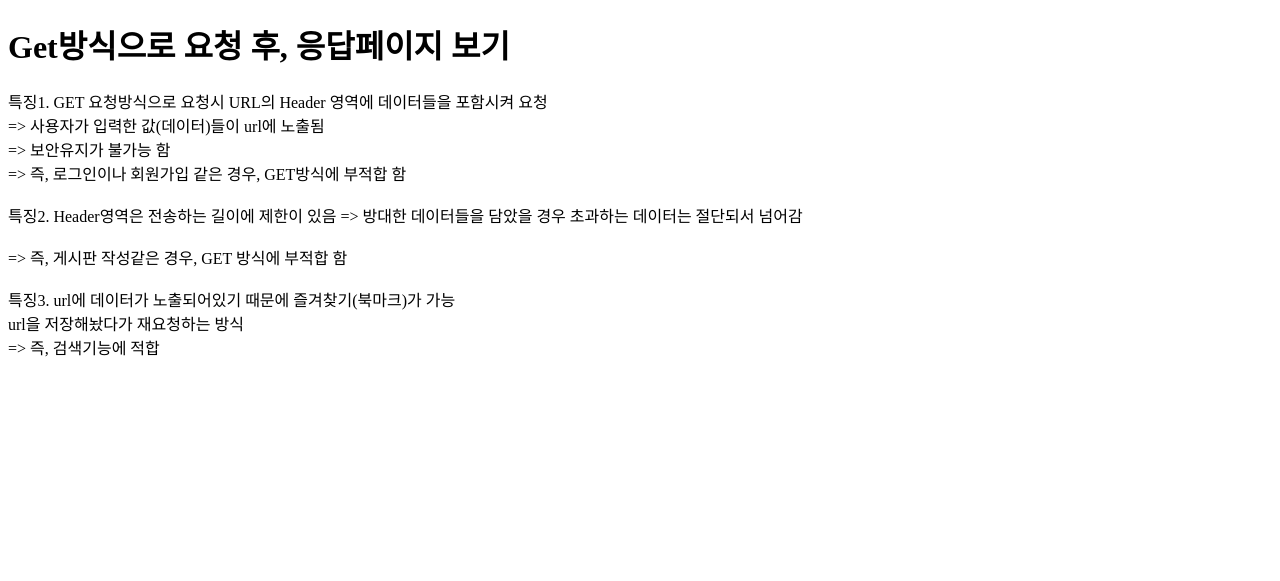
Repository: KimMJ0964/8file
Page: workspace/6_servlet/1_Servlet/src/main/webapp/views/requestTest_get.html
The author's editor kept a copy of each file at every save. The page is drawn from the files as they stood at one save, then again after the next save.
The browser window is 1280 px wide. The pictures show the whole page.

Above is the page before, as saved 2024-09-06 05:07:13.

### workspace/6_servlet/1_Servlet/src/main/webapp/views/requestTest_get.html
<!DOCTYPE html>
<html>
<head>
<meta charset="UTF-8">
<title>requestTest</title>
</head>
<body>
    <h1>Get방식으로 요청 후, 응답페이지 보기</h1>

    <p>
        특징1. GET 요청방식으로 요청시 URL의 Header 영역에 데이터들을 포함시켜 요청 <br>
            => 사용자가 입력한 값(데이터)들이 url에 노출됨 <br>
            => 보안유지가 불가능 함 <br>
            => 즉, 로그인이나 회원가입 같은 경우, GET방식에 부적합 함 <br><br>

        특징2. Header영역은 전송하는 길이에 제한이 있음
            => 방대한 데이터들을 담았을 경우 초과하는 데이터는 절단되서 넘어감 <br><br>
            => 즉, 게시판 작성같은 경우, GET 방식에 부적합 함 <br><br>

        특징3. url에 데이터가 노출되어있기 때문에 즐겨찾기(북마크)가 가능  <br>
                url을 저장해놨다가 재요청하는 방식 <br>
                => 즉, 검색기능에 적합
    </p>

    <form action="">
    </form>
</body>
</html>

After the next save:
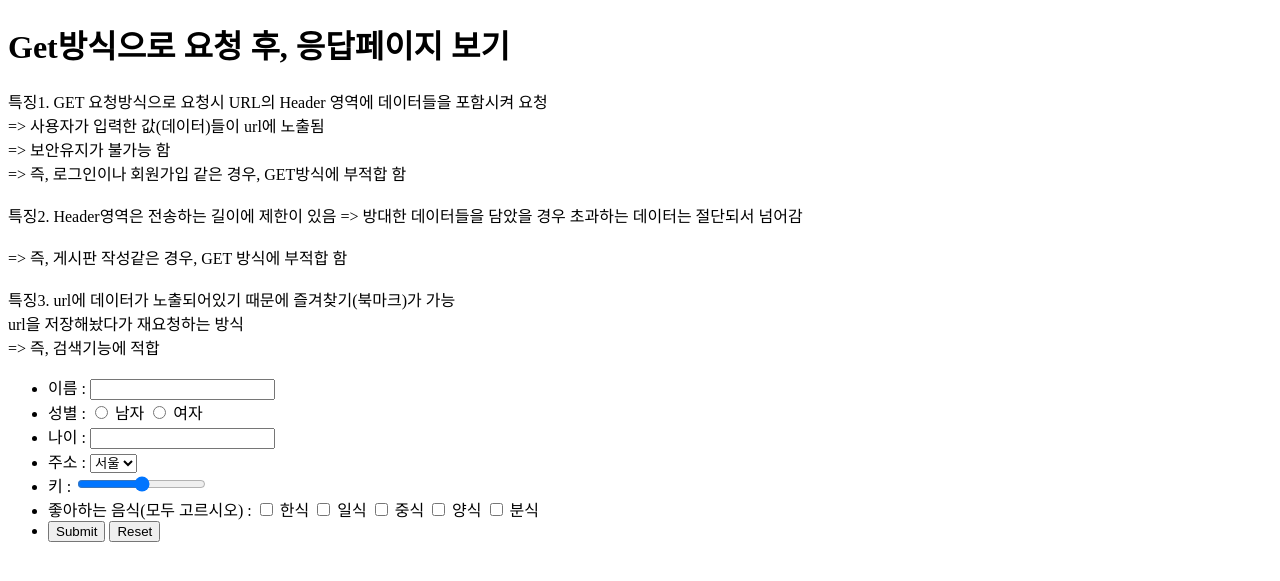
Saved 28 s later.
--- a/workspace/6_servlet/1_Servlet/src/main/webapp/views/requestTest_get.html
+++ b/workspace/6_servlet/1_Servlet/src/main/webapp/views/requestTest_get.html
@@ -22,7 +22,49 @@
                 => 즉, 검색기능에 적합
     </p>
 
-    <form action="">
+    <!--
+        form 내의 제출버튼(submit 타입) 클릭 시
+        form 태그 속성 중 action에 작성된 url로 요청됨(요청 시 사용자가 입력한 값들도 넘어간다.)
+        즉, Controller(Servlet)을 호출한다고 생각하면 된다.
+
+        절대경로방식(/로 시작하는 경우) :  http://localhost:5000 뒤에 action값이 더해지면서 요청
+        상대경로방식(문자로 시작하는 경우) : 현재 페이지가 보여질 때 url의 마지막/로부터 그 뒤에 action값이 더해지면 요청
+        -->
+    <form action="/st/test1.do" method="GET">
+        <ul>
+            <li>이름 : <input type="text" name="name"></li>
+            <li>성별 :
+                <input type="radio" name="gender" value="M"> 남자
+                <input type="radio" name="gender" value="W"> 여자
+            </li>
+            <li>나이 : <input type="number" name="age"></li>
+            <li>주소 :
+                <select name="city">
+                    <option>서울</option>
+                    <option>경기</option>
+                    <option>강원</option>
+                    <option>충청</option>
+                    <option>경상</option>
+                    <option>전라</option>
+                    <option>제주</option>
+                </select>
+            </li>
+            <li>
+                키 : <input type="range" name="height" min="140" max="250">
+            </li>
+            <li>
+                좋아하는 음식(모두 고르시오) :
+                <input type="checkbox" name="food" value="한식"> 한식
+                <input type="checkbox" name="food" value="일식"> 일식
+                <input type="checkbox" name="food" value="중식"> 중식
+                <input type="checkbox" name="food" value="양식"> 양식
+                <input type="checkbox" name="food" value="분식"> 분식
+            </li>
+            <li>
+                <input type="submit">
+                <input type="reset">
+            </li>
+        </ul>
     </form>
 </body>
 </html>
